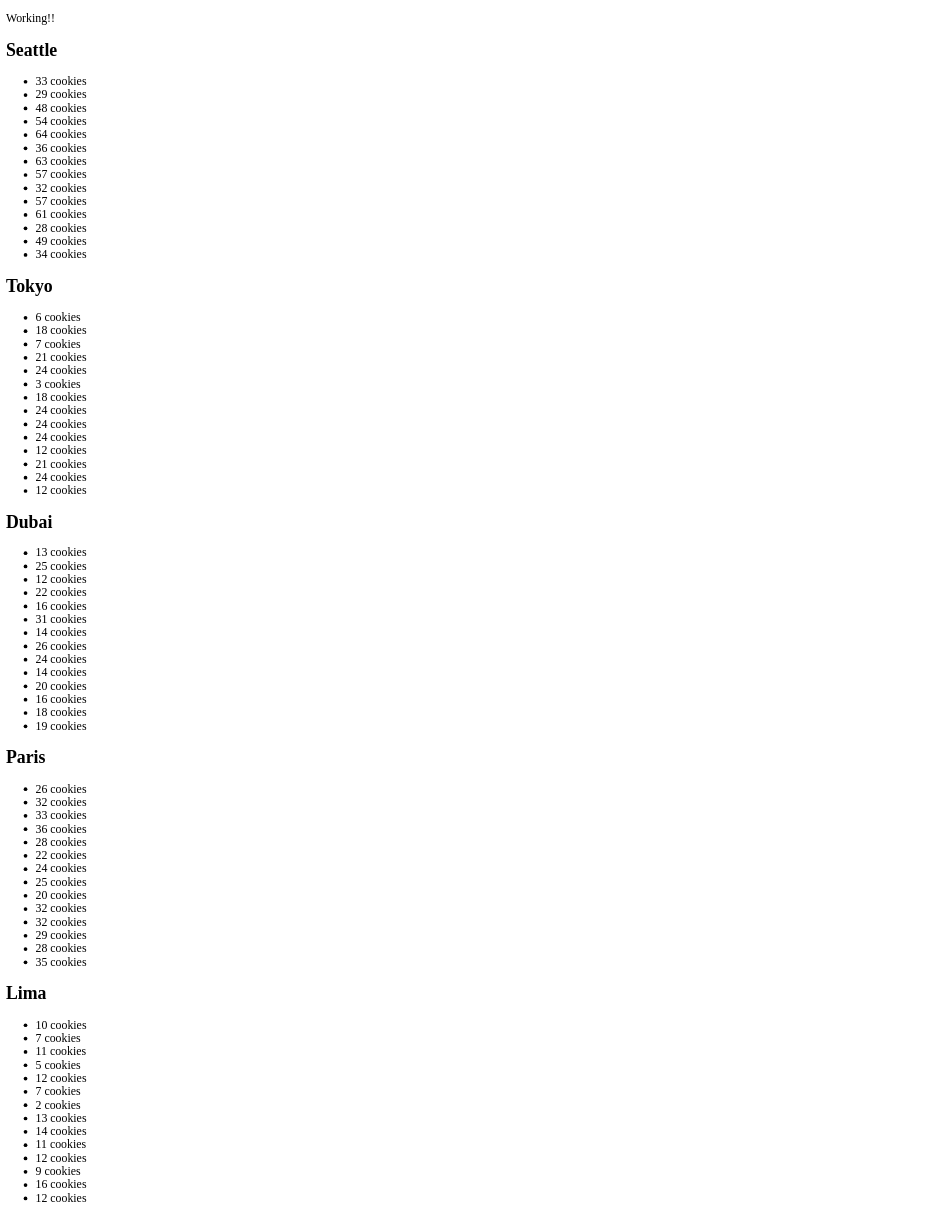
Repository: aaron1986/cookie_stand
Page: sales.html
These files come from the project's save history. The page is drawn as it stood at one moment and after the next save; the edit follows.
The browser window is 1280 px wide. The pictures show the whole page, at 74% of full size.

Above is the page before, as saved 2023-09-26 08:35:41.

After the next save:
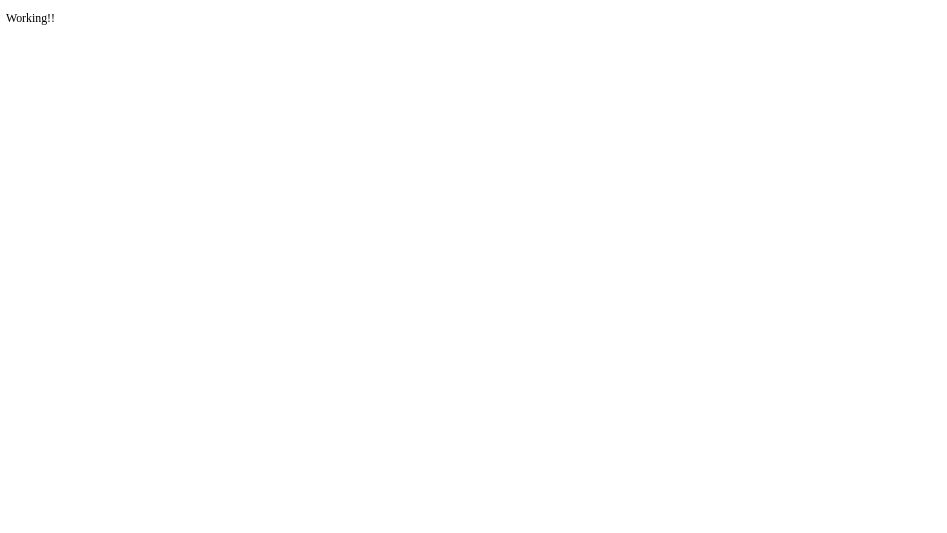
Console error: ReferenceError: hours is not defined
Saved 6 min 38 s later.
--- a/app.js
+++ b/app.js
@@ -186,7 +186,8 @@
     const ul = document.createElement("ul");
     for(let i = 0; i < locationData.customersPerHour.length; i++) {
         const li = document.createElement("li");
-        li.textContent = locationData.customersPerHour[i] + " cookies";
+        //li.textContent = locationData.customersPerHour[i] + " cookies";
+        li.textContent =`${hours[i]}: ${locationData.customersPerHour[i]} + cookies`;
         ul.appendChild(li);
     }
 

After the save that followed:
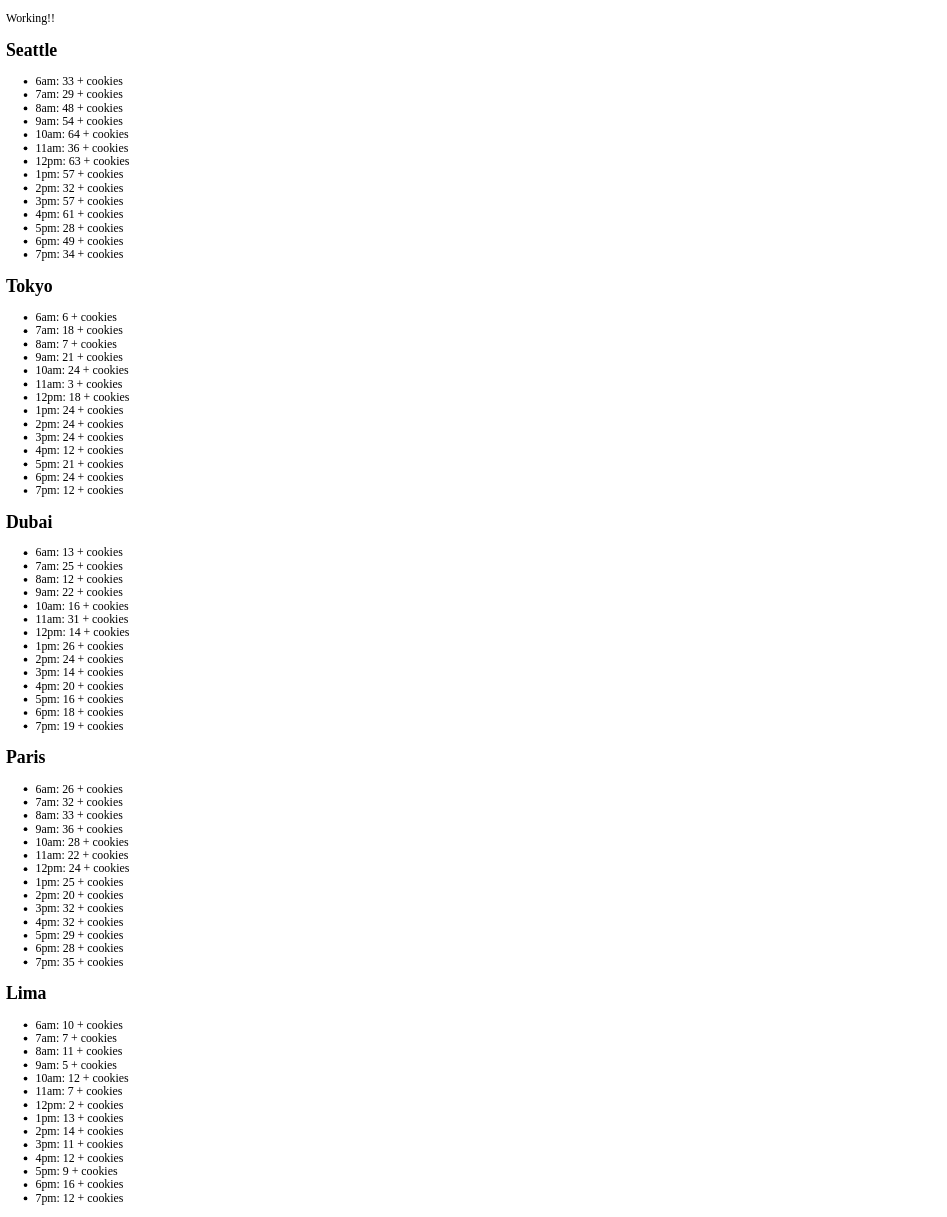
The error is gone.
Saved 14 s later.
--- a/app.js
+++ b/app.js
@@ -187,7 +187,7 @@
     for(let i = 0; i < locationData.customersPerHour.length; i++) {
         const li = document.createElement("li");
         //li.textContent = locationData.customersPerHour[i] + " cookies";
-        li.textContent =`${hours[i]}: ${locationData.customersPerHour[i]} + cookies`;
+        li.textContent =`${Hours[i]}: ${locationData.customersPerHour[i]} + cookies`;
         ul.appendChild(li);
     }
 
